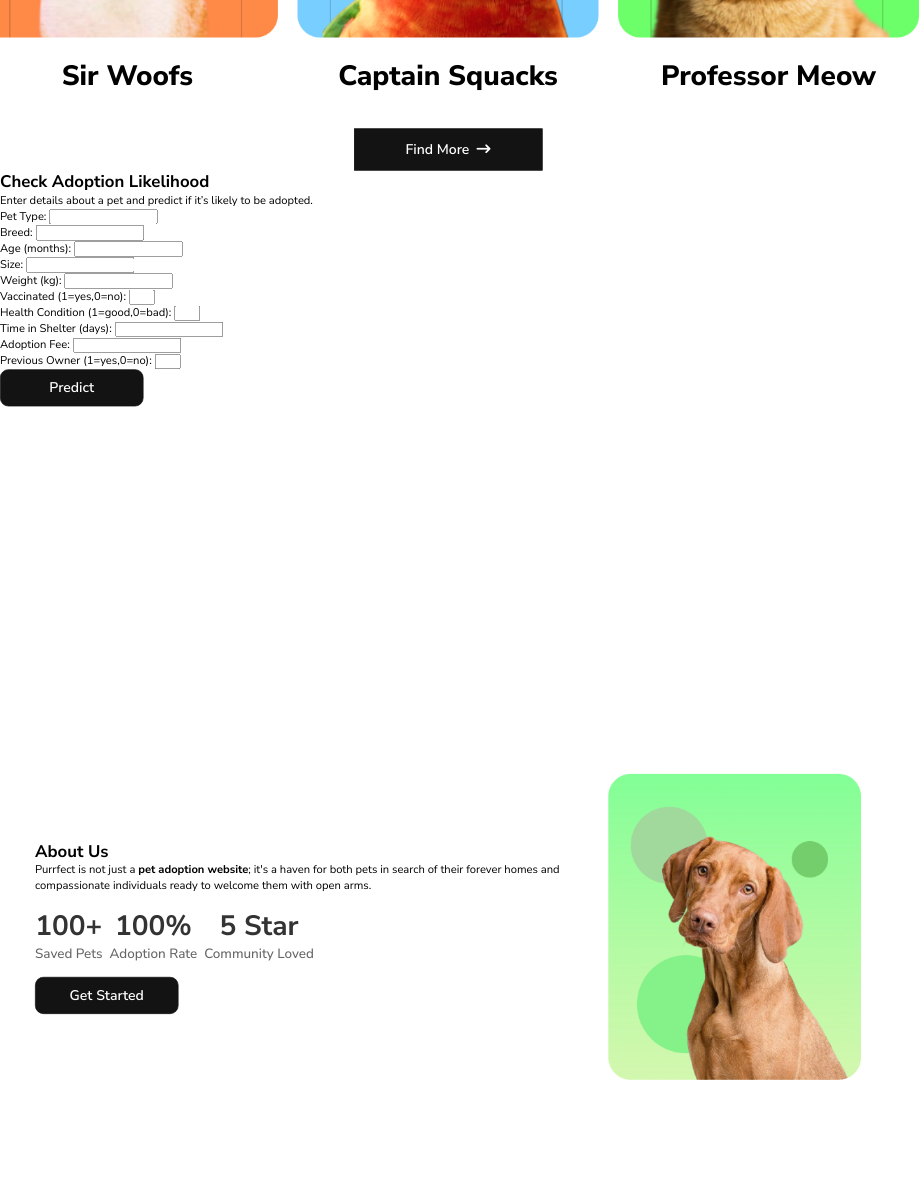
Repository: prashidika/purrfect-pet-adoption
Page: index.html
An editor plug-in stored every save of this project. The page is shown before and after the next save, followed by the edit.
The browser window is 1280 px wide. The page is 1313 px wide, so the pictures cover 1313 px, including what lies to the right of the window. The pictures show the part of the page from y = 2461 to 4341 px (the page is 4145 px tall before and 4903 px after), at 70% of full size.
Some web libraries are served in a nearby version.

Above is the page before, as saved 2025-09-11 18:46:41.

### index.html
<!DOCTYPE html>
<html lang="en">

<head>
    <meta charset="UTF-8" />
    <meta name="viewport" content="width=device-width, initial-scale=1.0" />
    <link rel="stylesheet" href="style.css" />
    <script src="index.js" defer></script>
    <script src="https://unpkg.com/scrollreveal"></script>
    <link rel="stylesheet" href="https://cdnjs.cloudflare.com/ajax/libs/font-awesome/6.5.2/css/all.min.css"
        integrity="sha512-SnH5WK+bZxgPHs44uWIX+LLJAJ9/2PkPKZ5QiAj6Ta86w+fsb2TkcmfRyVX3pBnMFcV7oQPJkl9QevSCWr3W6A=="
        crossorigin="anonymous" referrerpolicy="no-referrer" />
    <script src="https://cdnjs.cloudflare.com/ajax/libs/gsap/3.12.5/gsap.min.js"
        integrity="sha512-7eHRwcbYkK4d9g/6tD/mhkf++eoTHwpNM9woBxtPUBWm67zeAfFC+HrdoE2GanKeocly/VxeLvIqwvCdk7qScg=="
        crossorigin="anonymous" referrerpolicy="no-referrer"></script>
    <script src="https://cdnjs.cloudflare.com/ajax/libs/gsap/3.12.5/ScrollTrigger.min.js"
        integrity="sha512-onMTRKJBKz8M1TnqqDuGBlowlH0ohFzMXYRNebz+yOcc5TQr/zAKsthzhuv0hiyUKEiQEQXEynnXCvNTOk50dg=="
        crossorigin="anonymous" referrerpolicy="no-referrer"></script>
    <script src="https://unpkg.com/@studio-freight/lenis@1.0.42/dist/lenis.min.js"></script>
    <script src="https://cdn.jsdelivr.net/npm/split-type@0.3.4/umd/index.min.js"></script>
    <title>Purrfect | Pet Adoption</title>
</head>

<body>
    <!-- Navbar -->
    <nav>
        <a href="index.html" class="brand">
            <h1>Purr<b class="accent">fect</b></h1>
        </a>

        <div class="menu">
            <div class="btn">
                <i class="fas fa-times close-btn" aria-label="Close menu"></i>
            </div>
            <a href="index.html">Home</a>
            <a href="index.html#pets">Pets</a>
            <a href="index.html#requirements">Requirements</a>
            <a href="index.html#about">About</a>
            <a href="index.html#prediction">Predict Adoption</a>
        </div>

        <button class="btn-2" onclick="window.location.href='contact.html'">
            <p>Contact Us</p>
            <i class="fa-solid fa-circle-arrow-right"></i>
        </button>

        <div class="btn">
            <i class="fas fa-bars menu-btn" aria-label="Open menu"></i>
        </div>
    </nav>
    <!-- Navbar End -->

    <!-- Hero Section -->
    <section class="heropage">
        <div class="hero-headlines">
            <h1>Find Your Purrfect Pet Soul Today!</h1>
            <p>Discover Your Perfect Companion in Our Selection of Loving Pets Available for Adoption.</p>
            <div class="hero-headlines-buttons">
                <button class="btn-3">Our Pets</button>
                <button class="btn-3 btn-transparent">Contact Us</button>
            </div>
        </div>
        <div class="hero-images">
            <img src="img/hero-img-1.png" alt="img" />
            <img src="img/hero-img-2.png" alt="img" />
            <img src="img/hero-img-3.png" alt="img" />
        </div>
    </section>
    <!-- Hero Section End -->

    <!-- Requirements Section -->
    <section class="requirements" id="requirements">
        <div class="requirements-headlines">
            <p>Our process is simple and filled with joy every step of the way</p>
            <div class="r-item-container">
                <div class="r-item">
                    <div class="r-logo" style="background-color: #b9ff46">
                        <i class="fa-regular fa-newspaper"></i>
                    </div>
                    <h5>Submitting an application</h5>
                </div>
                <div class="r-item">
                    <div class="r-logo" style="background-color: #fff846">
                        <i class="fa-solid fa-phone"></i>
                    </div>
                    <h5>Attending a online interview</h5>
                </div>
                <div class="r-item">
                    <div class="r-logo" style="background-color: #ff8846">
                        <i class="fa-solid fa-paw"></i>
                    </div>
                    <h5>Meeting the pet in person</h5>
                </div>
                <div class="r-item">
                    <div class="r-logo" style="background-color: #46c7ff">
                        <i class="fa-regular fa-file-zipper"></i>
                    </div>
                    <h5>Signing an adoption agreement</h5>
                </div>
                <div class="r-item">
                    <div class="r-logo" style="background-color: #4fffca">
                        <i class="fa-solid fa-handshake"></i>
                    </div>
                    <h5>Congratulations on finding a match</h5>
                </div>
            </div>
        </div>
        <img src="img/requirements-img.png" alt="img" />
    </section>
    <!-- Requirements Section End -->

    <!-- Pets Section -->
    <section class="pets" id="pets">
        <div class="pets-headlines">
            <i class="fa-solid fa-paw"></i>
            <h1>Meet Your Soul Pets</h1>
        </div>

        <div class="pets-collection">
            <div class="pet-item">
                <img src="img/pet-item-1.png" alt="Sir Woofs" />
                <h3>Sir Woofs</h3>
            </div>
            <div class="pet-item">
                <img src="img/pet-item-2.png" alt="Captain Squacks" />
                <h3>Captain Squacks</h3>
            </div>
            <div class="pet-item">
                <img src="img/pet-item-3.png" alt="Professor Meow" />
                <h3>Professor Meow</h3>
            </div>
        </div>

        <button class="btn-3 btn-pets">
            <p>Find More</p>
            <i class="fa-solid fa-arrow-right-long"></i>
        </button>
    </section>
    <!-- Pets Section End -->

    <!-- Prediction Form Section -->
    <section class="prediction" id="prediction">
        <div class="prediction-headlines">
            <h2>Check Adoption Likelihood</h2>
            <p>Enter details about a pet and predict if it’s likely to be adopted.</p>
        </div>

        <form onsubmit="predictAdoption(event)" class="prediction-form">
            <label>Pet Type: <input id="PetType" type="text" required></label><br>
            <label>Breed: <input id="Breed" type="text" required></label><br>
            <label>Age (months): <input id="AgeMonths" type="number" required></label><br>
            <label>Size: <input id="Size" type="text" required></label><br>
            <label>Weight (kg): <input id="WeightKg" type="number" required></label><br>
            <label>Vaccinated (1=yes,0=no): <input id="Vaccinated" type="number" min="0" max="1" required></label><br>
            <label>Health Condition (1=good,0=bad): <input id="HealthCondition" type="number" min="0" max="1"
                    required></label><br>
            <label>Time in Shelter (days): <input id="TimeInShelterDays" type="number" required></label><br>
            <label>Adoption Fee: <input id="AdoptionFee" type="number" required></label><br>
            <label>Previous Owner (1=yes,0=no): <input id="PreviousOwner" type="number" min="0" max="1"
                    required></label><br>

            <button type="submit" class="btn-3">Predict</button>
        </form>

        <p id="result"></p>
    </section>
    <!-- Prediction Form Section End -->

    <!-- About Section -->
    <section class="about" id="about">
        <div class="about-headlines">
            <h1>About Us</h1>
            <p class="reveal-type" data-bg-color="#cccccc" data-fg-color="black">
                Purrfect is not just a <b>pet adoption website</b>; it's a haven for both
                pets in search of their forever homes and compassionate individuals ready
                to welcome them with open arms.
            </p>
            <div class="about-info-container">
                <div class="about-info-item">
                    <h5>100+</h5>
                    <h6>Saved Pets</h6>
                </div>
                <div class="about-info-item">
                    <h5>100%</h5>
                    <h6>Adoption Rate</h6>
                </div>
                <div class="about-info-item">
                    <h5>5 Star</h5>
                    <h6>Community Loved</h6>
                </div>
            </div>
            <button class="btn-3">Get Started</button>
        </div>

        <img src="img/about-img.png" alt="img" />
    </section>
    <!-- About Section End -->

</body>

</html>

### style.css
@import url("https://fonts.googleapis.com/css2?family=Nunito+Sans:ital,opsz,wght@0,6..12,200..1000;1,6..12,200..1000&display=swap");

* {
    margin: 0;
    padding: 0;
    box-sizing: border-box;
    font-family: "Nunito Sans", sans-serif;
}

:root {
    --accent: #ff9a24;
    --black: #131313;
}

body {
    min-height: 100vh;
}

section {
    min-width: 100%;
    min-height: 100vh;
    background-repeat: no-repeat;
    background-position: center;
    background-size: cover;
}

/* Navbar Section */
nav {
    z-index: 999;
    position: fixed;
    top: 0;
    left: 0;
    width: 100%;
    /* Added % */
    display: flex;
    justify-content: space-between;
    align-items: center;
    /* Fixed typo: 'centre' → 'center' */
    color: var(--black);
    background-color: white;
    padding: 30px 50px;
    transition: all 0.4s ease-out;
    filter: drop-shadow(5px 5px 10px transparent);
}

nav.sticky {
    background-color: white;
    filter: drop-shadow(5px 5px 10px #ffbe745e);
}

.brand {
    text-decoration: none;
    transition: all ease-in-out 0.3s;
    color: var(--black);
}

.brand h1 {
    font-size: 32px;
    font-weight: 900;
}

.accent {
    color: var(--accent);
}

.brand:hover {
    /* Fixed typo: 'brand.hover' → 'brand:hover' */
    opacity: 0.8;
}

.menu {
    display: flex;
    justify-content: center;
    /* Fixed typo: 'centre' → 'center' */
    align-items: center;
    gap: 42px;
}

.menu a {
    display: inline-block;
    position: relative;
    color: var(--black);
    text-decoration: none;
    font-size: 24px;
    font-weight: 400;
    border-radius: 32px;
    background-color: white;
    padding: 10px;
    transition: all 0.2s ease-out;
}

.menu a:hover {
    background-color: var(--accent);
    color: white;
}

.btn {
    color: white;
    font-size: 25px;
    cursor: pointer;
    display: none;
}

.btn-2 {
    display: flex;
    align-items: center;
    /* Fixed typo: 'centre' → 'center' */
    gap: 14px;
    font-size: 24px;
    font-weight: 500;
    color: var(--black);
    transition: all ease-in-out 0.2s;
    background-color: transparent;
    border: none;
    cursor: pointer;
}

.btn-2 i {
    font-size: 32px;
    transition: all 0.2s ease-out;
}

/* Fixed typo: '.btn2:hover i' → '.btn-2:hover i' */
.btn-2:hover i {
    color: var(--accent);
}

.btn-2:hover {
    gap: 10px;
}

/* ----------------- Hero Section ----------------- */
.heropage {
    margin-top: 150px;
    display: flex;
    flex-direction: column;
    align-items: center;
    background-image: url("img/hero-background-image.png");
    background-size: cover;
    background-position: center;
    padding: 100px 20px;
}

.hero-headlines {
    display: flex;
    flex-direction: column;
    align-items: center;
    width: 750px;
    text-align: center;
}

.hero-headlines h1 {
    font-size: 64px;
    font-weight: 900;
    margin-bottom: 20px;
    color: var(--black);
}

.hero-headlines p {
    font-size: 24px;
    font-weight: 600;
    margin-bottom: 40px;
    color: var(--black);
}

/* Hero Buttons */
.hero-headlines-buttons {
    display: flex;
    gap: 20px;
    flex-wrap: wrap;
}

.btn-3 {
    width: 205px;
    height: 53px;
    background-color: var(--black);
    font-size: 20px;
    font-weight: 600;
    color: white;
    border-radius: 12px;
    border: 1px solid var(--black);
    cursor: pointer;
    transition: all 0.2s ease-out;
}

.btn-3:hover {
    background-color: var(--accent);
    border-color: var(--accent);
}

/* Transparent Button */
.btn-transparent {
    background-color: transparent;
    color: var(--black);
    border: 1px solid var(--black);
}

.btn-transparent:hover {
    background-color: var(--accent);
    color: white;
    border-color: var(--accent);
}

/* Hero Images */
.hero-images {
    display: flex;
    margin-top: 56px;
    gap: 35px;
}

/* Requirements Section */
.requirements {
    margin-top: 50px;
    align-items: center;
    justify-content: center;
    display: flex;
    background-image: url("img/requirements-background-img.png");
}

.requirements-headlines {
    width: 658px;
}

.requirements-headlines h1 {
    font-size: 96px;
    font-weight: 900;
}

.requirements-headlines p {
    font-size: 32px;
    font-weight: 600;
    margin-bottom: 49px;
}

.r-item-container {
    display: flex;
    flex-direction: column;
    gap: 18px;
}

.r-item {
    display: flex;
    align-items: center;
    gap: 18px;
}

.r-logo {
    width: 50px;
    height: 50px;
    border: 1px solid var(--black);
    border-radius: 100%;
    display: flex;
    align-items: center;
    justify-content: center;
}

.r-logo i {
    font-size: 28px;
}

.r-item h5 {
    font-size: 32px;
    font-weight: 600;
}

/* Pets Section */
.pets {
    display: flex;
    flex-direction: column;
    align-items: center;
    margin-top: 74px;
}

.pets-headlines {
    display: flex;
    justify-content: center;
    align-items: center;
    gap: 24px;
}

.pets-headlines i {
    font-size: 56px;
    color: #7291ff;
}

.pets-headlines h1 {
    font-size: 64px;
    font-weight: 800;
}

.pets-collection {
    display: flex;
    gap: 28px;
    margin-top: 74px;
}

.pet-item {
    display: flex;
    flex-direction: column;
    align-items: center;
    gap: 28px;
    transition: 0.5s ease-out;
}

.pet-item h3 {
    font-size: 40px;
    font-weight: 800;
}

.btn-pets {
    width: 269px;
    height: 60px;
    /* added px */
    display: flex;
    align-items: center;
    justify-content: center;
    gap: 10px;
    border-radius: 0px;
    margin-top: 48px;
}

/* About Section */
.about {
    display: flex;
    align-items: center;
    /* vertically center items */
    justify-content: space-between;
    gap: 50px;
    /* space between text and image */
    padding: 50px;
}

.about-headlines {
    flex: 1;
}

.about-info-container {
    display: flex;
    gap: 10px;
    /* space between each info item */
    margin: 20px 0;
}

.about-info-item {
    text-align: center;
}

.about-image img {
    max-width: 400px;
    width: 100%;
    height: auto;
    border-radius: 10px;
}

.about-info-item h5 {
    font-size: 2.5rem;
    /* larger number */
    font-weight: bold;
    color: #333;
}

.about-info-item h6 {
    font-size: 1.2rem;
    /* larger label */
    font-weight: 500;
    color: #666;
}

### index.js
// NAVBAR
const navbar = document.querySelector("nav");

// Scroll effect
window.addEventListener("scroll", () =>
    navbar.classList.toggle("sticky", window.scrollY > 0)
);

// Menu toggle
const menu = document.querySelector(".menu");
const toggleMenu = () => menu.classList.toggle("active");

// Event listeners for open/close menu
document.querySelector(".menu-btn").addEventListener("click", toggleMenu);
document.querySelector(".close-btn").addEventListener("click", toggleMenu);

// Close menu when clicking a link
document
    .querySelectorAll(".menu a")
    .forEach((link) => link.addEventListener("click", toggleMenu));

async function predictAdoption(event) {
    event.preventDefault();

    const petData = {
        PetType: document.getElementById("PetType").value,
        Breed: document.getElementById("Breed").value,
        AgeMonths: parseInt(document.getElementById("AgeMonths").value),
        Color: "Unknown", // not in form yet
        Size: document.getElementById("Size").value,
        WeightKg: parseFloat(document.getElementById("WeightKg").value),
        Vaccinated: parseInt(document.getElementById("Vaccinated").value),
        HealthCondition: parseInt(document.getElementById("HealthCondition").value),
        TimeInShelterDays: parseInt(document.getElementById("TimeInShelterDays").value),
        AdoptionFee: parseFloat(document.getElementById("AdoptionFee").value),
        PreviousOwner: parseInt(document.getElementById("PreviousOwner").value)
    };

    try {
        const response = await fetch("http://127.0.0.1:8000/predict", {
            method: "POST",
            headers: {
                "Content-Type": "application/json"
            },
            body: JSON.stringify(petData)
        });

        const result = await response.json();

        document.getElementById("result").innerText =
            result.adoption_likelihood === 1
                ? "✅ This pet is likely to be adopted!"
                : "❌ Low adoption likelihood.";
    } catch (error) {
        document.getElementById("result").innerText = "⚠️ Error connecting to API.";
        console.error(error);
    }
}

After the next save:
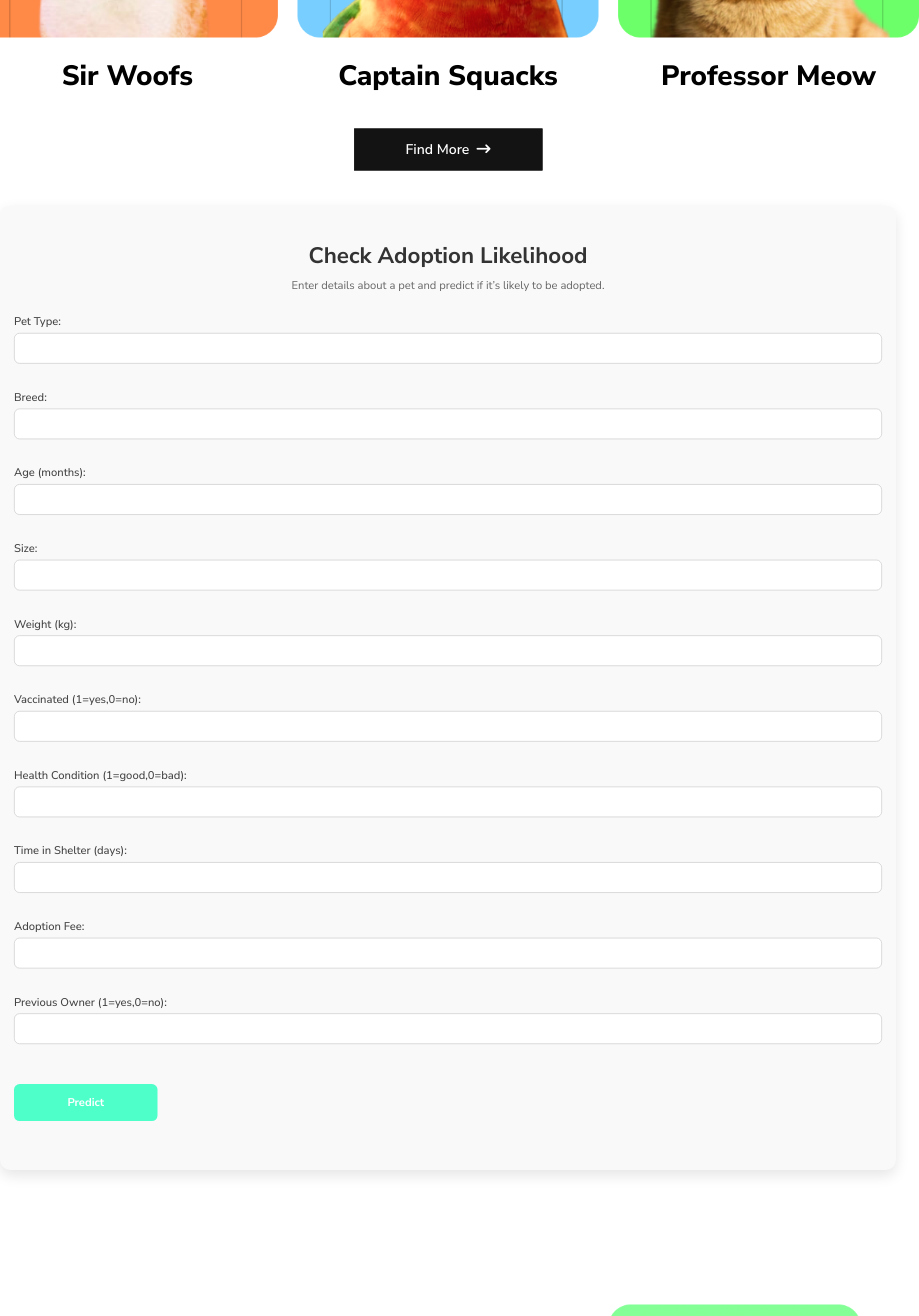
Saved 4 min 2 s later.
--- a/style.css
+++ b/style.css
@@ -319,6 +319,89 @@ nav.sticky {
     margin-top: 48px;
 }
 
+/*pets section end */
+
+/*  prediction section */
+.prediction {
+    display: flex;
+    flex-direction: column;
+    align-items: center;
+    justify-content: center;
+    padding: 50px 20px;
+    background-color: #f9f9f9;
+    /* light background */
+    border-radius: 15px;
+    margin: 50px auto;
+    max-width: 500px;
+    box-shadow: 0 8px 20px rgba(0, 0, 0, 0.1);
+    text-align: center;
+}
+
+/* Headline styling */
+.prediction-headlines h2 {
+    font-size: 2rem;
+    color: #333;
+    margin-bottom: 10px;
+}
+
+.prediction-headlines p {
+    font-size: 1rem;
+    color: #666;
+    margin-bottom: 30px;
+}
+
+/* Form styling */
+.prediction-form {
+    display: flex;
+    flex-direction: column;
+    width: 100%;
+}
+
+.prediction-form label {
+    margin-bottom: 15px;
+    font-weight: 500;
+    color: #444;
+    text-align: left;
+}
+
+.prediction-form input {
+    width: 100%;
+    padding: 10px 12px;
+    border: 1px solid #ccc;
+    border-radius: 8px;
+    font-size: 1rem;
+    margin-top: 5px;
+    box-sizing: border-box;
+}
+
+.prediction-form button {
+    margin-top: 20px;
+    padding: 12px;
+    background-color: #4fffca;
+    color: #fff;
+    border: none;
+    border-radius: 8px;
+    font-size: 1rem;
+    font-weight: bold;
+    cursor: pointer;
+    transition: all 0.3s ease;
+}
+
+.prediction-form button:hover {
+    background-color: #3fd3aa;
+}
+
+/* Result message styling */
+#result {
+    margin-top: 20px;
+    font-size: 1.1rem;
+    font-weight: 600;
+    color: #333;
+}
+
+/*  prediction section end */
+
+
 /* About Section */
 .about {
     display: flex;
